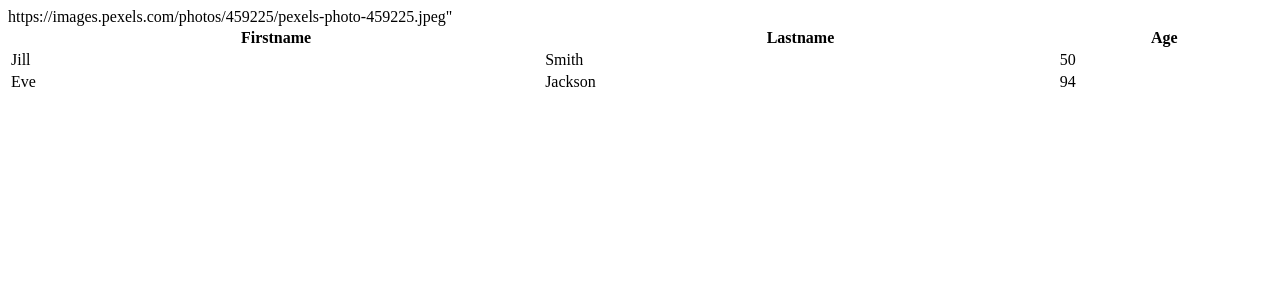
Repository: vishnu-pc/My-Website
Page: frontend/WebContent/main2.html
These files come from the project's save history. The page is drawn as it stood at one moment and after the next save; the edit follows.
The browser window is 1280 px wide. The pictures show the whole page.

Above is the page before, as saved 2019-12-25 07:59:48.

### frontend/WebContent/main2.html
<!DOCTYPE html>
<html>
<head>
<meta charset="ISO-8859-1">
<title>Insert title here</title>
</head>
<body>
https://images.pexels.com/photos/459225/pexels-photo-459225.jpeg"

<table style="width:100%">
  <tr>
    <th>Firstname</th>
    <th>Lastname</th>
    <th>Age</th>
  </tr>
  <tr>
    <td>Jill</td>
    <td>Smith</td>
    <td>50</td>
  </tr>
  <tr>
    <td>Eve</td>
    <td>Jackson</td>
    <td>94</td>
  </tr>
</table>


</body>
</html>

After the next save:
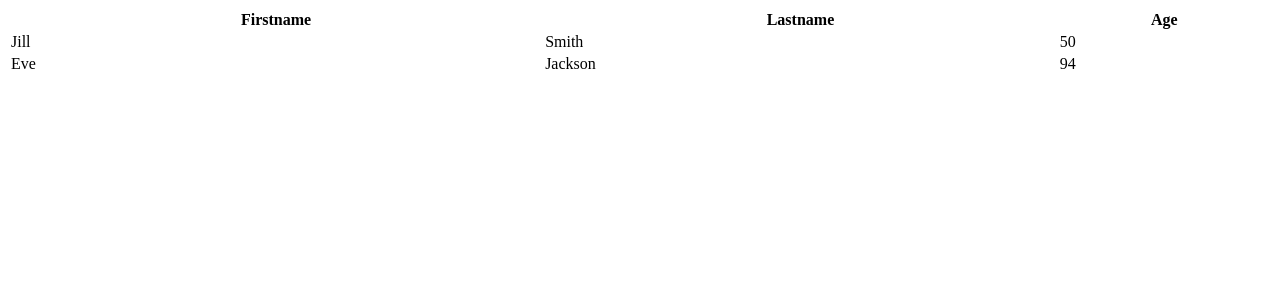
Saved 26 s later.
--- a/frontend/WebContent/main2.html
+++ b/frontend/WebContent/main2.html
@@ -5,7 +5,6 @@
 <title>Insert title here</title>
 </head>
 <body>
-https://images.pexels.com/photos/459225/pexels-photo-459225.jpeg"
 
 <table style="width:100%">
   <tr>
